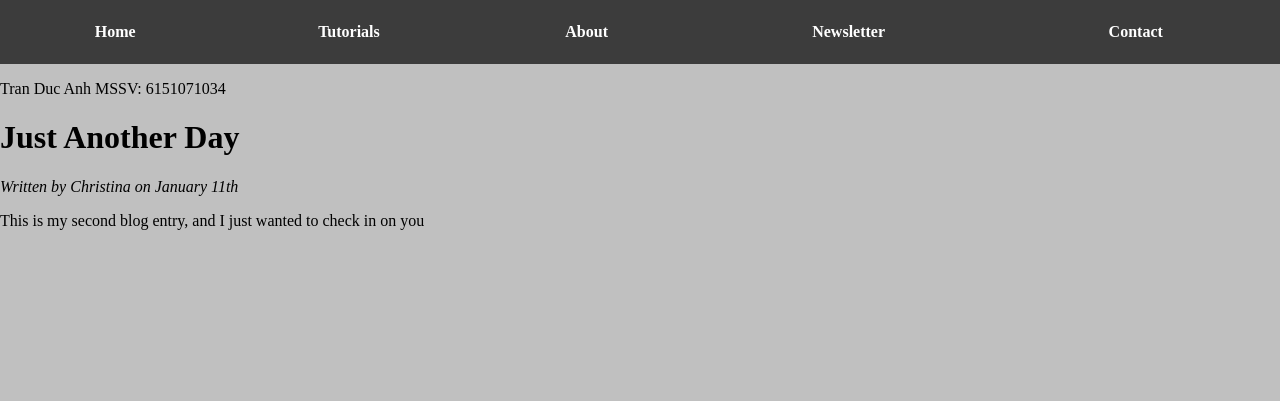
Repository: Helianthusss/Learn-CPP
Page: HTML/bai3.html
The author's editor kept a copy of each file at every save. The page is drawn from the files as they stood at one save, then again after the next save.
The browser window is 1280 px wide. The pictures show the whole page.

Above is the page before, as saved 2021-09-15 12:30:17.

### HTML/bai3.html
<!DOCTYPE html>
<html lang="en">
<head>
    <meta charset="UTF-8">
    <meta http-equiv="X-UA-Compatible" content="IE=edge">
    <meta name="viewport" content="width=device-width, initial-scale=1.0">
    <title>Table</title>
    <style type="text/css">
       table{
        background-color:rgb(60, 60, 60);
        color:white;
        padding: 20px;
        font-family: 'Times New Roman', Times, serif;
       }
     body{
        background-color: silver;
        padding:0px;
        margin:0px;
        font-family: 'Times New Roman', Times, serif;
     }
    </style>
</head>
<body>
    <table style="width:100%">
        <tr>
            <th >Home</th>
            <th>Tutorials</th>
            <th>About</th>
            <th>Newsletter</th>
            <th>Contact</th>
        </tr>
    </table>
    <p>Tran Duc Anh MSSV: 6151071034</p>
    <h1>Just Another Day </h1>
    <i> Written by Christina on January 11th</i>
    <p>This is my second blog entry, and I just wanted to check in on you </p>
</body>
</html>

After the next save:
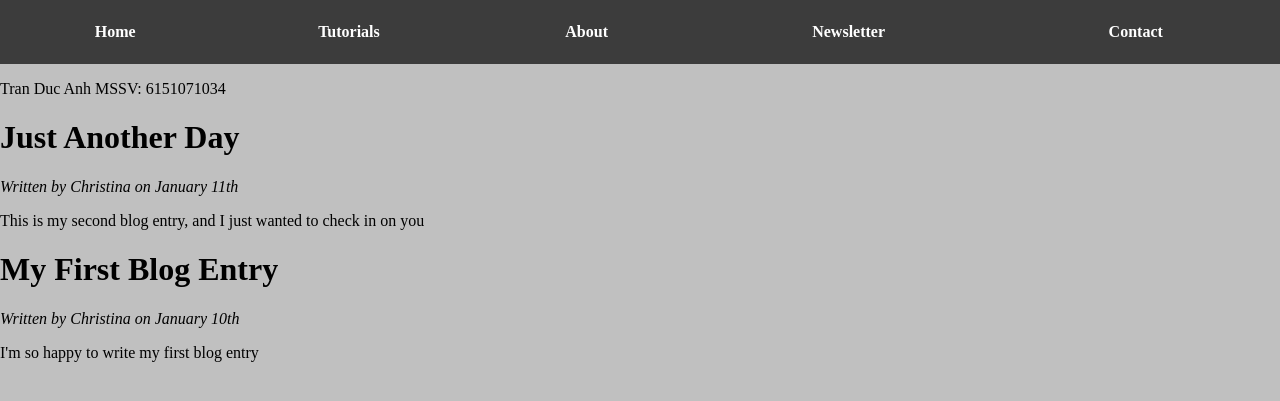
Saved 107 s later.
--- a/HTML/bai3.html
+++ b/HTML/bai3.html
@@ -34,5 +34,8 @@
     <h1>Just Another Day </h1>
     <i> Written by Christina on January 11th</i>
     <p>This is my second blog entry, and I just wanted to check in on you </p>
+    <h1> My First Blog Entry</h1>
+    <i> Written by Christina on January 10th</i>
+    <p> I'm so happy to write my first blog entry </p>
 </body>
 </html>
